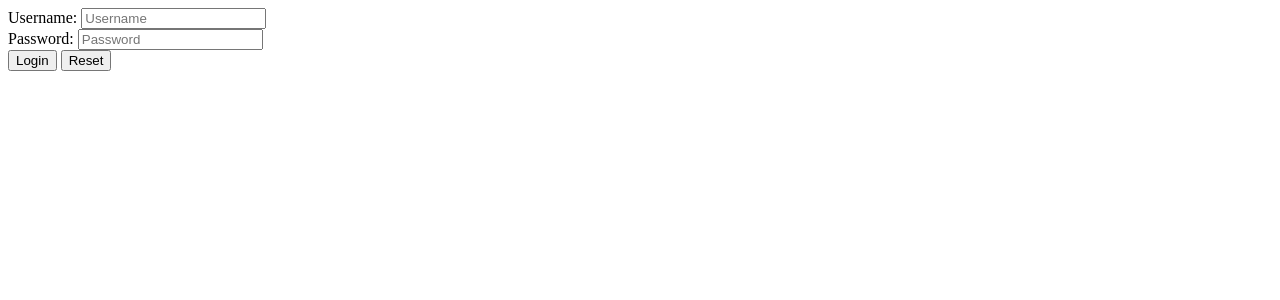
Repository: Roj13/cheapomail
Page: index.html
The author's editor kept a record of every edit. The page is drawn from the files as they stood at one moment, then again after the next edit.
The browser window is 1280 px wide. The pictures show the whole page.

Above is the page before.

### index.html
<!DOCTYPE html>
<html>

<head>

    <title>Cheapomail</title>


</head>




<body>

<form>
    <label for="log">Username: </label>
<input class= "user" type="text" placeholder="Username"/ required><br/>
    <label for="pass">Password: </label>
<input class= "pass" type="password" placeholder="Password" required/><br/>

<input class= "submit" type="submit" value="Login"/>

<input class= "reset" type="reset" value="Reset"/><br/>




</form>


</body>

</html>

After the next edit:
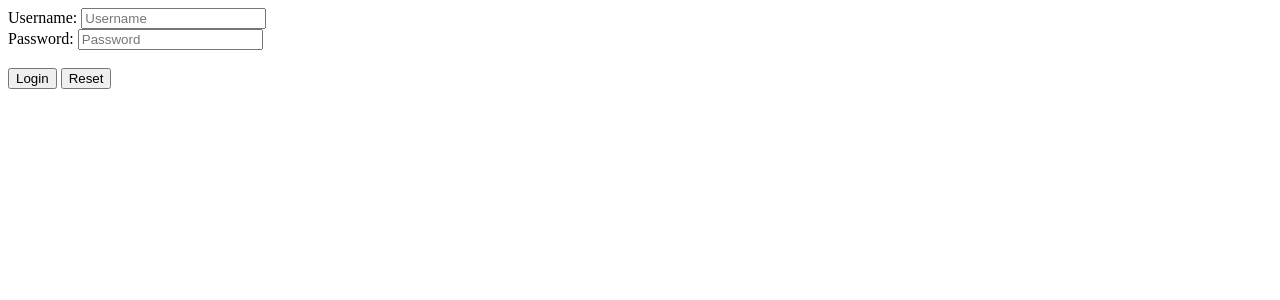
The edit:
--- a/index.html
+++ b/index.html
@@ -17,7 +17,7 @@
     <label for="log">Username: </label>
 <input class= "user" type="text" placeholder="Username"/ required><br/>
     <label for="pass">Password: </label>
-<input class= "pass" type="password" placeholder="Password" required/><br/>
+<input class= "pass" type="password" placeholder="Password" required/><br/><br/>
 
 <input class= "submit" type="submit" value="Login"/>
 
